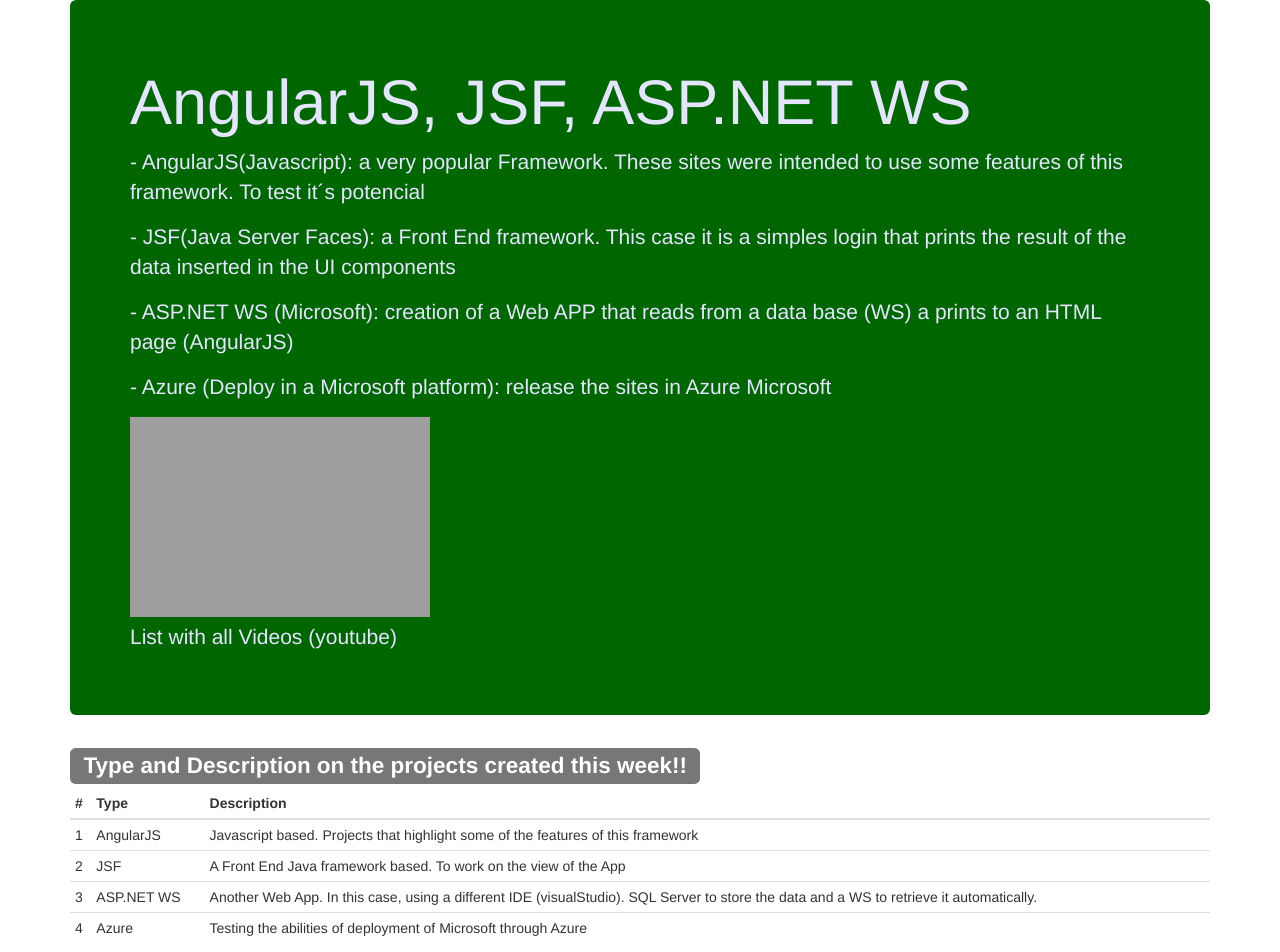
Repository: atafs/Deploy_GoogleAppEngine_webAPPS
Page: Project_003_Deploy_americotomasLIB/war/index.html
These files come from the project's save history. The page is drawn as it stood at one moment and after the next save; the edit follows.
The browser window is 1280 px wide. The pictures show the part of the page from y = 0 to 952 px (the page is 2904 px tall before and 2974 px after).
Pictures or frames that could not be fetched are drawn as grey boxes.

Above is the page before, as saved 2016-02-04 17:29:15.
Console error (its wording comes from the project's code and is left out).

After the next save:
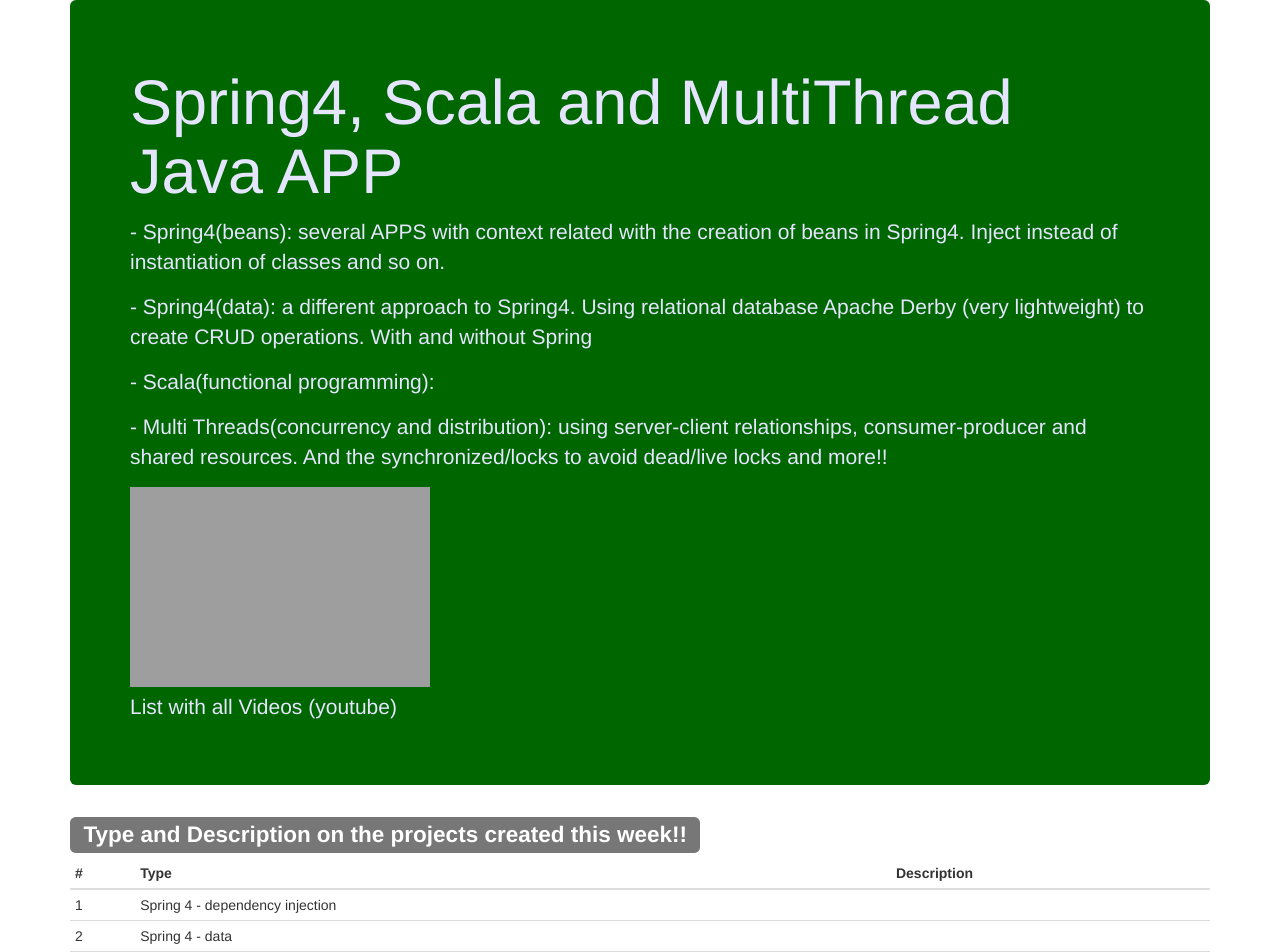
Saved 38 days later.
--- a/Project_003_Deploy_americotomasLIB/war/index.html
+++ b/Project_003_Deploy_americotomasLIB/war/index.html
@@ -16,11 +16,11 @@
 	<div class="container theme-showcase" role="main">
 		<!-- Main jumbotron for a primary marketing message or call to action -->
 		<div style="background-color: #006600; color: #e5e5ff" class="jumbotron">
-			<h1>AngularJS, JSF, ASP.NET WS</h1>
-			<p>- AngularJS(Javascript): a very popular Framework. These sites were intended to use some features of this framework. To test it´s potencial</p>
-			<p>- JSF(Java Server Faces): a Front End framework. This case it is a simples login that prints the result of the data inserted in the UI components</p>
-			<p>- ASP.NET WS (Microsoft): creation of a Web APP that reads from a data base (WS) a prints to an HTML page (AngularJS)</p>
-			<p>- Azure (Deploy in a Microsoft platform): release the sites in Azure Microsoft </p>
+			<h1>Spring4, Scala and MultiThread Java APP</h1>
+			<p>- Spring4(beans): several APPS with context related with the creation of beans in Spring4. Inject instead of instantiation of classes and so on. </p>
+			<p>- Spring4(data): a different approach to Spring4. Using relational database Apache Derby (very lightweight) to create CRUD operations. With and without Spring</p>
+			<p>- Scala(functional programming): </p>
+			<p>- Multi Threads(concurrency and distribution): using server-client relationships, consumer-producer and shared resources. And the synchronized/locks to avoid dead/live locks and more!! </p>
 
 			<iframe width="300" height="200" src="https://www.youtube.com/embed/videoseries?list=PLBaNeIDelX0LWugK_EMfT9q_S85-bH_qY" frameborder="0" allowfullscreen></iframe>
 			<p>List with all Videos (youtube)</p>
@@ -42,23 +42,23 @@
 				<tbody>
 					<tr>
 						<td>1</td>
-						<td>AngularJS</td>
-						<td>Javascript based. Projects that highlight some of the features of this framework </td>
+						<td>Spring 4 - dependency injection</td>
+						<td></td>
 					</tr>
 					<tr>
 						<td>2</td>
-						<td>JSF</td>
-						<td>A Front End Java framework based. To work on the view of the App</td>
+						<td>Spring 4 - data </td>
+						<td></td>
 					</tr>
 					<tr>
 						<td>3</td>
-						<td>ASP.NET WS</td>
-						<td>Another Web App. In this case, using a different IDE (visualStudio). SQL Server to store the data and a WS to retrieve it automatically. </td>
+						<td>Scala</td>
+						<td></td>
 					</tr>
 					<tr>
 						<td>4</td>
-						<td>Azure</td>
-						<td>Testing the abilities of deployment of Microsoft through Azure</td>
+						<td>Java MultiThread APP</td>
+						<td></td>
 					</tr>
 				</tbody>
 			</table>
